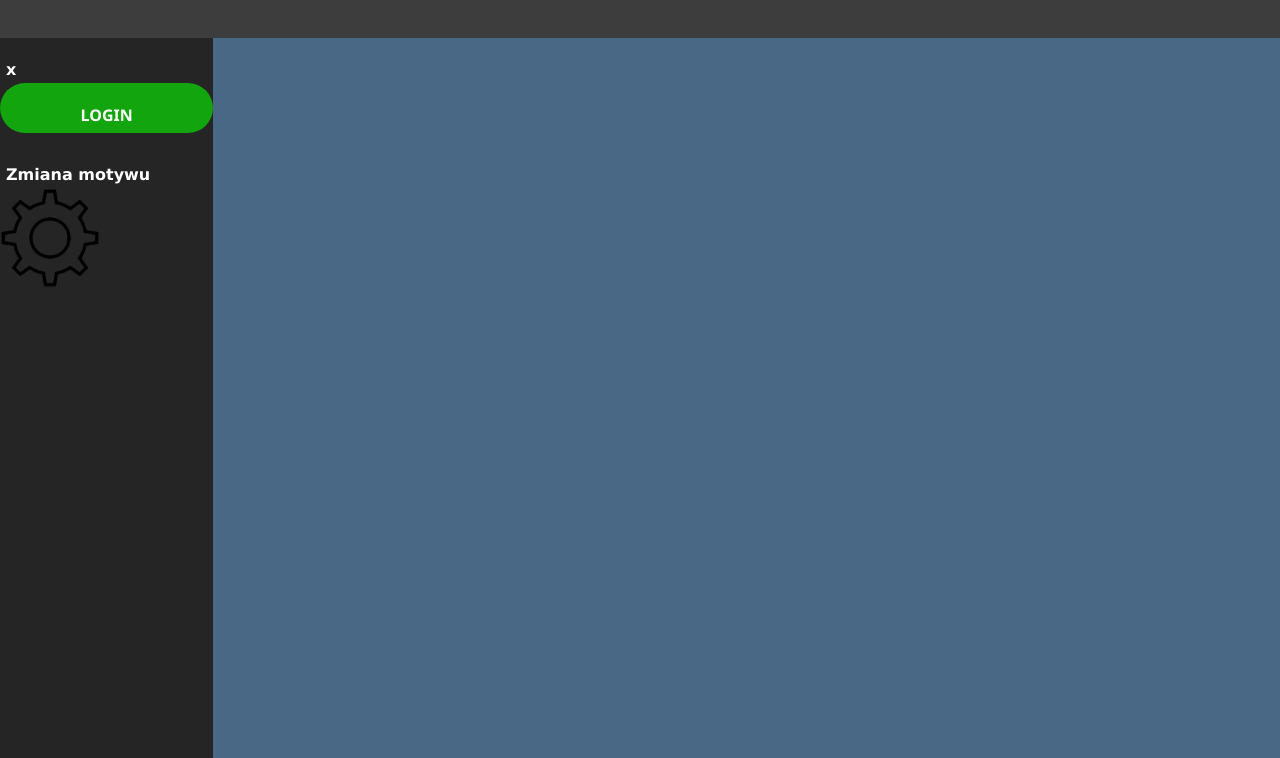
Repository: K4ziWolf/kazi
Page: /, after clicking the first element matching `button.btn`
The author's editor kept a copy of each file at every save. The page is drawn from the files as they stood at one save, then again after the next save.
The browser window is 1280 px wide. The pictures show the whole page.
The project was rebuilt for these pictures with package versions that can differ from the ones it lists, and the page was loaded fresh each time. Also part of the build but not shown: vue.config.js, src/components/login_screen.vue, src/components/option_screen.vue.

Above is the page before, as saved 2023-10-20 22:37:03.

### src/App.vue
<template>
<body>
  <section>
  <div id="container" class="col-md-12">
    <div class="d-flex flex-column text-white" style="background-color: rgb(61, 61, 61) ">
    <div class="x-btn">
      <button class="btn btn-outline-secondary" v-bind:class="open_menu_button " @click="showMenuScreen" >
        Pokaż menu
      </button>
      <menu_screen v-if="isMenuScreenVisible" @hide-menu-screen="hideMenuScreen" @show-login-screen="showLoginScreen" @change-theme="changeTheme" @option-open="optionOpener">
      </menu_screen>

    <div> <!--menu_scree i login_screen odpowiedzialne są za pokazywanie się tych komponentów-->
      <login_screen v-if="isLoginScreenVisible" @hide-login-screen="hideLoginScreen">
      </login_screen>
    </div>
    <option_screen v-if="isOptionScreenVisible" @hide-option-screen="HideOptionScreen">
      </option_screen>
  </div>
  </div>
  </div>
  </section>
</body>
</template>

<script>
import menu_screen from './components/menu_screen.vue';
import login_screen from './components/login_screen.vue';
import option_screen from './components/option_screen.vue';
export default {
  components: {
    menu_screen,
    login_screen,
    option_screen,
  },
  data() {
    return {
      open_menu_button: "show",
      open_login_button: "show",
      isLoginScreenVisible: false,
      isMenuScreenVisible: false,
      changecolor:0,
      isOptionScreenVisible: false,
    };
  },
  methods: {
    optionOpener(){
      this.isOptionScreenVisible = true;
    },
    HideOptionScreen(){
      setTimeout(() => {
      this.isOptionScreenVisible = false;
      }, 1000);
    },
    changeTheme() {
        this.changecolor += 1;
      if (this.changecolor % 2 === 0) {
        document.body.style.backgroundColor = 'blue';
      } else {
        document.body.style.backgroundColor = 'red';
      }
    },
    showMenuScreen() { //funkcja pokazująca menu
      this.isMenuScreenVisible = true;
      this.open_menu_button = "hidden";
      this.open_login_button = "show";
    },
    hideMenuScreen() {
      setTimeout(() => { //timeout aby animacja była płynna
        this.open_menu_button = "show";
        this.isMenuScreenVisible = false;
      }, 1200);
    },
    showLoginScreen() {
      this.isLoginScreenVisible = true;
      setTimeout(() => {
      this.isMenuScreenVisible = false;
      }, 1000);
    },
    hideLoginScreen() {
      setTimeout(() => {
        this.open_login_button = "show";
        this.open_menu_button ='show'
        this.isLoginScreenVisible = false;
      }, 1500);
    },
  },
};
</script>

<style>
@import '/src/style.css';

#app {
  font-family: Avenir, Helvetica, Arial, sans-serif;
  -webkit-font-smoothing: antialiased;
  -moz-osx-font-smoothing: grayscale;
  text-align: center;
  color: #2c3e50;
}
.show {
  opacity: 1;
  animation: show_button 0.4s;
}
@keyframes show_button {
  from {
    opacity: 0;
  }
  to {
    opacity: 1;
  }
}
.hidden {
  animation: hide_button 0.4s;
  opacity: 0;
}
@keyframes hide_button {
  from {
    opacity: 1;
  }
  to {
    opacity: 0;
  }
}
body { /*testy moje do zmiany */
  height: 100%;
  width: 100%;
  background-color: rgb(127, 247, 207);
}
.x-btn {
  background-color: rgb(61, 61, 61);

}
.xd-btn {
  text-decoration: none;
  border: none;
  font-family: Verdana, Geneva, Tahoma, sans-serif;
  background-color: #2c3e50;
  border-bottom-left-radius: 25px;
  border-bottom-right-radius: 25px;
  color: white;
  font-weight: bolder;

}
html {
  background-color: #496886;
}
</style>

### src/style.css
template {
    background-color: aqua;
}

### src/components/menu_screen.vue
<template>
     <div class="holder-ten1 col-sm-2" id="menu_holder" :class="menu_box_show">
    <div class="pole-exit-btn" id="Exit_menu_button">
      <button class="exit-baton" id="menu_exit_button" @click="hideMenuScreen">
        x
      </button>
      <button class="baton" id="poka-login" v-bind:class="open_login_button" @click="showLoginScreen">
        LOGIN
      </button>
      <button id="change_theme_btn" v-bind:class="change_theme_btn" @click="changeTheme">
        Zmiana motywu
      </button>
      <div id="gear_icon_box">
        <img
          v-bind:class="open_option_button"
          src="../assets/gear_icon.png"
          alt="Gear Icon"
          @mouseenter="openOptionButtonEnter"
          @mouseleave="openOptionButtonLeave"
          @click="open_options"
        />
      </div>
    </div>
  </div>
  </template>

  <script>
  export default {
    data() {
      return {
        menu_box_show: "show",
        open_option_button: "unanimated",
        change_theme_btn:"bright",
      };
    },
    methods: {
      open_options(){
        this.$emit('option-open');

      },
      changeTheme() {
        if (this.change_theme_btn === 'dark') {
          this.change_theme_btn = 'bright';
        } else {
          this.change_theme_btn = 'dark';
        }
          this.$emit('change-theme');
      },
      hideMenuScreen() {
        this.$emit('hide-menu-screen');
        this.menu_box_show = "hide";
      }, //emit to event, czyli wysłanie do komponenta rodzica komendy wywołania funckji w tym przypadku hideMenuScreen
      showLoginScreen() {
        this.menu_box_show = "hide";
        setTimeout(() => {
          this.$emit('show-Login-Screen');
        }, 200); //opóźnienie dla dobra animacji chyba tak mi się wydaje dawno temu to pisałem
      },
      openOptionButtonEnter() {
        this.open_option_button = "animated";
      },
      openOptionButtonLeave(){
        this.open_option_button = "unanimated";
      },
    },
  };
  </script>
  <style scoped>  /* scoped dotyczy tylko tego dokumentu */
.show {
  animation: show_animation 1s ease-in-out;
}
button{
  padding-top: 20px;
}
@keyframes show_animation {
  from {
    opacity: 0;
    transform: translate3d(-40%, 0, 0);
  }
  to {
    opacity: 1;
    transform: translate3d(0, 0, 0);
  }
}

.hide {
  opacity: 0;
  animation: hide_animation 1s ease-in-out;
}

@keyframes hide_animation {
  from {
    opacity: 1;
    transform: translate3d(0, 0, 0);
  }
  to {
    opacity: 0;
    transform: translate3d(-40%, 0, 0);
  }
}

#menu_holder {
  background-color: rgb(37, 37, 37) !important;
  position: absolute;
  height: 100vh; /* Ustawienie na 100% wysokości strony */
  display: grid;
  grid-template-columns: 1fr; /* Pasek będzie miał tylko jedną kolumnę */
  gap: 0px;
  grid-template-areas: "Exit_menu_button" "poka-login" "change_theme_btn" "gear_icon_box";
}

.baton {
  background-color: rgb(18, 165, 13);
  display: inline-grid;
  text-decoration: none;
  width: 100%; /* Rozciągnij przycisk na 100% szerokości kontenera */
  height: 50px;
  border-radius: 25px;
  text-align: center;
  font-family: 'Segoe UI', Tahoma, Geneva, Verdana, sans-serif;
  border: none;
  color: white;
  font-weight: bold;
  margin-bottom: 10px; /* Dodaj odstęp między przyciskami */
}

.exit-baton {
  border: none;
  background-color: transparent;
  display: grid;
  font-family: Verdana, Geneva, Tahoma, sans-serif;
  font-weight: bold;
  color: white;
}

  holder-ten1 {
    background-color: rgb(37, 37, 37);
  }
  pole-exit-btn {
    background-color: rgb(37, 37, 37);
  }
  .dark{
    color: rgb(37, 37, 37) !important;
  }
  .bright{

    color: white;
  }
  #gear_icon_box img {
    max-width: 100px;
    cursor: pointer;
  }
  .unanimated{
  animation: back_spin 0.5s;
}
  .animated{
    animation: spin 5s linear infinite;
  }
  @keyframes spin {
  from {
    transform: rotate(0deg);
  }
  to {
    transform: rotate(360deg);
  }
}
@keyframes back_spin {
  from {
    transform: rotate(360deg);
  }
  to {
    transform: rotate(0deg);
  }
 }
 #gear_icon_box {
    height: 30px;
    width: 30px;
    border: none;
    background-color: transparent;
    display: grid;
    font-family: Verdana, Geneva, Tahoma, sans-serif;
    font-weight: bold;
    grid-area: gear_icon_box;
}
  #change_theme_btn{
    border: none;
    background-color: transparent;
    display: grid;

    font-family:Verdana, Geneva, Tahoma, sans-serif;
    font-weight: bold;
    grid-area: change_theme_btn;
   }
  </style>

Loaded but not shown: public/index.html (common file); src/main.js (common file)

After the next save:
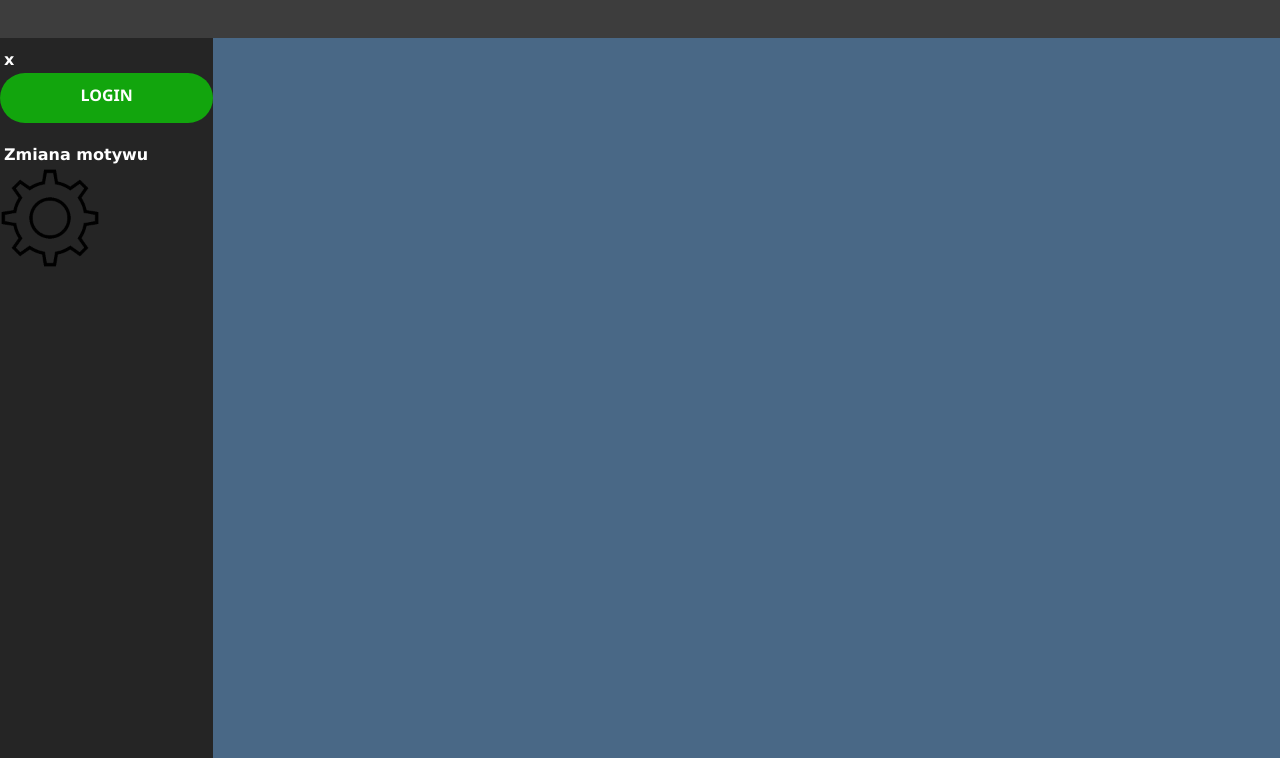
Saved 40 s later.
--- a/src/components/menu_screen.vue
+++ b/src/components/menu_screen.vue
@@ -70,7 +70,9 @@
   animation: show_animation 1s ease-in-out;
 }
 button{
-  padding-top: 20px;
+  padding-top: 10px;
+  padding-left: 4px;
+  padding-right: 4px;
 }
 @keyframes show_animation {
   from {
